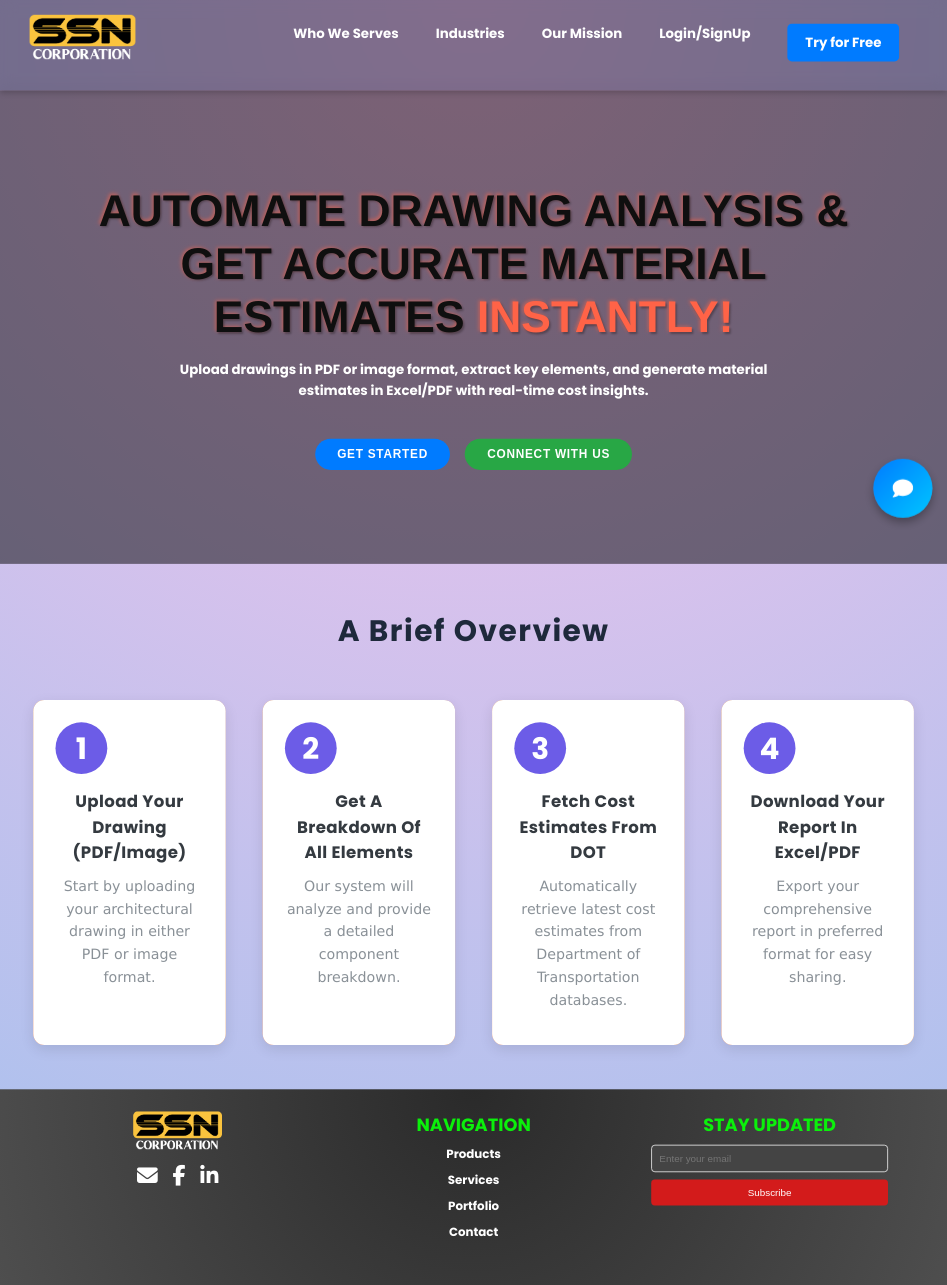
Repository: aabhashbasnet/SSNCorporation
Page: /
The author's editor kept a copy of each file at every save. The page is drawn from the files as they stood at one save, then again after a run of saves.
The browser window is 1280 px wide. The pictures show the whole page, at 74% of full size.
The project was rebuilt for these pictures with package versions that can differ from the ones it lists, and the page was loaded fresh each time. Also part of the build but not shown: src/pages/OurMission/OurMission.jsx, src/pages/LoginSignUp/LoginSignUp.css, src/pages/LoginSignUp/LoginSignUp.jsx, src/pages/Industries/Industries.jsx, src/pages/Industries/Landscaping.jsx, src/pages/Industries/Paving.jsx, src/pages/Industries/GeneralConstruction.jsx, src/pages/Industries/FacilitiesMaintenance.jsx and 10 more.

Above is the page before, as saved 2025-02-11 14:56:05.

### src/index.css
/* index.css or App.css */
body {
  margin: 0;
  padding: 0;
  font-family: 'Poppins', sans-serif; /* Optional: Add modern typography */
  /* background: linear-gradient(to bottom, #0a192f, #162447); */
  /* background: linear-gradient(to bottom, #0a192f, #004aad); */
  /* background: radial-gradient(circle at top, #00c6ff, #0072ff, #0a192f);
  background: radial-gradient(circle at top, #ff7e5f, #feb47b, #f4f4f4);
  background: radial-gradient(circle at top, #6a11cb, #2575fc);
  background: radial-gradient(circle at top, #ff416c, #ff4b2b); */
  background: radial-gradient(circle at top, #fbc2eb, #a6c1ee);
  /* color: white; Ensures text is readable */
  min-height: 100vh;
}

### src/App.css
.app-container {
  min-height: 100vh;
  display: flex;
  flex-direction: column;
  background-size: cover;
  background-position: center;
}

### src/components/Main/Main.jsx
import React, { useEffect } from "react";
import { useNavigate } from "react-router-dom";
import "./Main.css";

const Main = () => {
  const navigate = useNavigate();

  const handleGetStartedClick = () => {
    // Open the GetStarted component in a new tab
    const newTab = window.open("", "_blank");
    newTab.location.href = "/get-started";
  };

  useEffect(() => {
    // Adding animation to fade in the content
    const content = document.querySelector(".main-content");
    content.classList.add("fade-in");
  }, []);

  return (
    <div className="main-container">
      <div className="background-image">
        <div className="main-content">
          <h1 className="headline">
            Automate Drawing Analysis & Get Accurate Material Estimates{" "}
            <span className="instant">Instantly!</span>
          </h1>
          <p className="description">
            Upload drawings in PDF or image format, extract key elements, and generate material estimates in Excel/PDF with real-time cost insights.
          </p>

          <div className="button-container">
            <button className="button primary" onClick={handleGetStartedClick}>
              Get Started
            </button>
            <button className="button connect">Connect with Us</button>
          </div>
        </div>
      </div>
    </div>
  );
};

export default Main;

### src/components/Working/Working.jsx
import React from 'react';
import './Working.css';


const Working = () => {
  const steps = [
    {
      number: '1',
      title: 'Upload your drawing (PDF/Image)',
      description: 'Start by uploading your architectural drawing in either PDF or image format.'
    },
    {
      number: '2',
      title: 'Get a breakdown of all elements',
      description: 'Our system will analyze and provide a detailed component breakdown.'
    },
    {
      number: '3',
      title: 'Fetch cost estimates from DOT',
      description: 'Automatically retrieve latest cost estimates from Department of Transportation databases.'
    },
    {
      number: '4',
      title: 'Download your report in Excel/PDF',
      description: 'Export your comprehensive report in preferred format for easy sharing.'
    }
  ];

  return (
    <div className="how-it-works-container">
      <h2 className="section-title">A Brief Overview</h2>
      <div className="steps-container">
        {steps.map((step, index) => (
          <div key={index} className="step-card">
            <div className="step-icon">{step.number}</div>
            <h3 className="step-title">{step.title}</h3>
            <p className="step-description">{step.description}</p>
          </div>
        ))}
      </div>
    </div>
  );
};

export default Working;

### src/components/Footer/Footer.jsx
import React from 'react';
import './Footer.css';
import logo from '../../assets/logo.png';

const Footer = () => {
  return (
    <footer className="footer">
      <div className="footer-content"> {/* Container for better layout control */}
        <div className="footer-section">
          <img src={logo} alt="Company Logo" className="logo" />
          <div className="social-links">
            <a href="mailto:info@ssnbuilders.com" aria-label="Email">
              <i className="fas fa-envelope social-icon"></i>
            </a>
            <a href="https://www.facebook.com" aria-label="Facebook" target="_blank" rel="noopener noreferrer">
              <i className="fab fa-facebook-f social-icon"></i>
            </a>
            <a href="https://www.linkedin.com" aria-label="LinkedIn" target="_blank" rel="noopener noreferrer">
              <i className="fab fa-linkedin-in social-icon"></i>
            </a>
          </div>
        </div>

        <div className="footer-section">
          <h4>Navigation</h4>
          <nav>
            <ul className="footer-nav">
              <li><a href="/products">Products</a></li>
              <li><a href="/services">Services</a></li>
              <li><a href="/portfolio">Portfolio</a></li>
              <li><a href="/contact">Contact</a></li>
            </ul>
          </nav>
        </div>

        <div className="footer-section">
          <h4>Stay Updated</h4>
          <div className="newsletter">
            <input
              type="email"
              placeholder="Enter your email"
              className="email-input"
              aria-label="Email for newsletter"
            />
            <button className="subscribe-button">Subscribe</button>
          </div>
        </div>
      </div> {/* Close footer-content */}
    </footer>
  );
}

export default Footer;

### src/components/Main/Main.css
/* Main content styling */
.main-content {
  padding: 50px 20px;
  text-align: center;
  min-height: calc(100vh - 80px);
  display: flex;
  flex-direction: column;
  justify-content: center;
  align-items: center;
  position: relative;
  z-index: 1;
}

/* Gradient overlay */
.main-content:before {
  content: '';
  position: absolute;
  top: 0;
  left: 0;
  right: 0;
  bottom: 0;
  background: rgba(0, 0, 0, 0.5); /* Dark gradient for readability */

  z-index: -1;
}

/* Headline styling with animated underline */
.headline {
  font-family: 'Helvetica', sans-serif;
  font-size: 60px;
  font-weight: bold;
  color: #0f0f0f;
  margin-bottom: 20px;
  line-height: 1.2;
  text-transform: uppercase;
  display: inline-block;
  position: relative;
  max-width: 90%;
  text-shadow: 2px 2px 6px rgba(0, 0, 0, 0.3), 0 0 25px rgba(255, 99, 71, 0.5);
  text-shadow: 4px 4px 8px rgba(0, 0, 0, 0.6);
  text-shadow: 0 0 10px rgba(255, 99, 71, 0.7);
  text-shadow: 0 0 5px rgba(0, 255, 255, 0.8), 0 0 10px rgba(0, 255, 255, 0.8), 0 0 15px rgba(0, 255, 255, 0.8);
  text-shadow: 2px 2px 3px rgba(0, 0, 0, 0.3), -2px -2px 5px rgba(255, 99, 71, 0.5);




}

.headline .instant {
  color: #ff6347; /* Tomato color */
}

/* Underline animation effect */
.headline:after {
  content: '';
  position: absolute;
  left: 0;
  bottom: -5px;
  width: 0;
  height: 3px;
  background: #ff6347;
  transition: width 0.3s ease;
}

.headline:hover:after {
  width: 100%;
}

/* Description styling */
.description {
  font-size: 18px;
  font-weight: bold;
  color: white;
  max-width: 800px;
  margin: 0 auto;
  line-height: 1.6;
  margin-bottom: 30px;
}

/* Button container styling */
.button-container {
  display: flex;
  gap: 20px;
  justify-content: center;
  margin-top: 20px;
  flex-wrap: wrap;
  align-items: center;
}

/* Button base styling */
.button {
  padding: 12px 30px;
  font-size: 16px;
  font-weight: bold;
  border: none;
  border-radius: 25px;
  cursor: pointer;
  transition: all 0.3s ease;
  display: inline-block;
  text-transform: uppercase;
  letter-spacing: 1px;
}

/* Default button styling */
.button:hover {
  transform: translateY(-5px);
}

/* "Get Started" button styling */
.button.primary {
  background-color: #007bff;
  color: white;
}

.button.primary:hover {
  background-color: #0056b3;
}

/* "Connect with Us" button styling */
.button.connect {
  background-color: #28a745;
  color: white;
}

.button.connect:hover {
  background-color: #218838;
}

/* Add some responsive styling */
@media (max-width: 768px) {
  .headline {
    font-size: 45px; /* Adjust the headline font size */
  }

  .description {
    font-size: 16px;
    padding: 0 20px;
  }

  .button-container {
    flex-direction: column; /* Stack buttons on mobile */
  }

  .button {
    width: 100%;
    max-width: 300px;
    margin: 10px 0;
  }
}

### src/components/Working/Working.css
/* Working.css */

/* Container for the whole section */
.how-it-works-container {
    padding: 60px 20px;
    /* background-color: #f1f4f9; */
    text-align: center;
  }

  .section-title {
    font-size: 3rem;
    font-weight: bold;
    color: #343a40;
    margin-bottom: 40px;
    /* text-transform: uppercase; */
    letter-spacing: 2px;
    animation: fadeIn 1s ease-out;
  }

  /* Flexbox container for the cards */
  .steps-container {
    display: flex;
    justify-content: center;
    gap: 50px;
    flex-wrap: wrap;
    animation: fadeInUp 1s ease-out;
  }

  /* Individual step cards */
  .step-card {
    background-color: #fff;
    border-radius: 15px;
    box-shadow: 0 6px 18px rgba(0, 0, 0, 0.1);
    padding: 30px;
    width: 260px;
    transition: transform 0.4s ease, box-shadow 0.4s ease;
    cursor: pointer;
    position: relative;
    overflow: hidden;
    text-align: center;
  }

  .step-card:hover {
    transform: translateY(-10px);
    box-shadow: 0 12px 30px rgba(0, 0, 0, 0.15);
  }

  .step-card::before {
    content: "";
    position: absolute;
    top: 50%;
    left: 50%;
    width: 200%;
    height: 200%;
    background: linear-gradient(45deg, #ff6f61, #f79c42, #6c5ce7);
    z-index: -1;
    animation: expand 3s ease-out infinite;
    transform: translate(-50%, -50%);
  }

  /* Step icon circle */
  .step-icon {
    font-size: 2.5rem;
    font-weight: bold;
    color: #fff;
    background-color: #6c5ce7;
    width: 70px;
    height: 70px;
    border-radius: 50%;
    display: flex;
    align-items: center;
    justify-content: center;
    margin-bottom: 20px;
    transition: transform 0.3s ease;
  }

  .step-card:hover .step-icon {
    transform: scale(1.1);
  }

  /* Title style for each step */
  .step-title {
    font-size: 1.4rem;
    font-weight: 600;
    color: #343a40;
    margin-bottom: 15px;
    text-transform: capitalize;
    letter-spacing: 0.5px;
    transition: color 0.3s ease;
  }

  .step-card:hover .step-title {
    color: #6c5ce7;
  }

  /* Description under each title */
  .step-description {
    font-size: 1.2rem;
    font-family: 'Lucida Sans', 'Lucida Sans Regular', 'Lucida Grande', 'Lucida Sans Unicode', Geneva, Verdana, sans-serif;
    font-weight: 500;
    color: #6c757d;
    line-height: 1.6;
    padding-bottom: 15px;
    opacity: 0.8;
    transition: opacity 0.3s ease;
  }

  .step-card:hover .step-description {
    opacity: 1;
    color: #2f353b;
  }

  /* Hover animations for smooth effects */
  @keyframes fadeIn {
    from {
      opacity: 0;
      transform: translateY(-20px);
    }
    to {
      opacity: 1;
      transform: translateY(0);
    }
  }

  @keyframes fadeInUp {
    from {
      opacity: 0;
      transform: translateY(20px);
    }
    to {
      opacity: 1;
      transform: translateY(0);
    }
  }

  @keyframes expand {
    0% {
      transform: translate(-50%, -50%) scale(1);
    }
    50% {
      transform: translate(-50%, -50%) scale(1.2);
    }
    100% {
      transform: translate(-50%, -50%) scale(1);
    }
  }

  /* Mobile responsiveness */
  @media (max-width: 768px) {
    .steps-container {
      flex-direction: column;
      align-items: center;
    }

    .step-card {
      width: 90%;
      margin-bottom: 30px;
    }
  }

### src/components/Footer/Footer.css
.footer {
    background-color: #333;
    background: #2c3e50; /* Dark blue/gray */
    background: radial-gradient(circle at top, #333, #555);
    background: radial-gradient(circle at top, #4b0082, #2c003e);
    background: radial-gradient(circle at top, #2a2a2a, #3b3b3b);
    background: radial-gradient(circle at top, #2a2a2a, #4e4e4e);

    color: white;
    padding: 30px;
  }

  .footer-content {
    display: flex;
    flex-wrap: wrap;
    justify-content: space-around;
    max-width: 1200px;
    margin: 0 auto;
  }

  .footer-section {
    flex: 1 1 30%;
    margin-bottom: 20px;
    text-align: center;
  }

  .logo {
    width: 120px;
    height: auto;
    margin-bottom: 15px;
  }

  .social-links {
    display: flex;
    justify-content: center; /* Center social icons */
    gap: 20px;
  }

  .social-icon {
    font-size: 28px;
    color: white;
    transition: color 0.3s ease;
  }

  .social-icon:hover {
    color: #0e76a8;
  }


  .footer-section h4 {
    font-size: 1.5rem; /* Use rem for scalable font sizes */
    font-weight: bold;
    margin-bottom: 10px;
    color: rgb(11, 240, 11);
    text-transform: uppercase;
  }
  .footer-nav {
    list-style: none;
    padding: 0;
    margin: 0;
  }

  .footer-nav li {
    margin-bottom: 10px;
  }

  .footer-nav a {
    font-size: 1rem;
    color: hsl(0, 0%, 100%);
    text-decoration: none;
    transition: color 0.3s ease;
  }

  .footer-nav a:hover {
    color: #0e76a8;
  }

  .newsletter {
    display: flex;
    flex-direction: column; /* Stack input and button */
    align-items: center; /* Center content horizontally */
  }

  .email-input {
    padding: 10px;
    border: 1px solid #fff;
    border-radius: 5px;
    width: 80%; /* Make input responsive */
    margin-bottom: 10px;
    background-color: #444;
    color: white;
  }

  .subscribe-button {
    padding: 10px 20px;
    background-color: #d31b1b;
    color: white;
    border: none;
    border-radius: 5px;
    cursor: pointer;
    transition: background-color 0.3s ease;
    width: 80%; /* Make button responsive */
  }

  .subscribe-button:hover {
    background-color: #b91b1b;
  }

  @media screen and (max-width: 768px) {
    .footer-section {
      flex: 1 1 100%; /* Each section takes full width on mobile */
      margin-bottom: 20px; /* Add space between sections */
    }

    .newsletter {
      flex-direction: column; /* Stack input and button vertically */
      align-items: center; /* Center the content horizontally */
    }

    .email-input,
    .subscribe-button {
      width: 100%; /* Full width input and button */
    }

    .footer-nav li {
      margin-bottom: 5px; /* Reduce margin between links */
    }
  }

### src/pages/Industries/Industries.css
/* Import Poppins font */
@import url('https://fonts.googleapis.com/css2?family=Poppins:wght@700&display=swap');

.industries-container {
  padding: 5rem 1rem;
}

.industries-title {
  font-family: Arial, Helvetica, sans-serif;
  text-align: center;
  font-size: 2.9rem;
  color: #1f2937;
  margin-bottom: 1rem;
  font-weight: 1000;
}

.industries-subtitle {
  text-align: center;
  color: #4b5563;
  font-size: 1.125rem;
  max-width: 800px;
  margin: 0 auto 3rem;
  line-height: 1.6;
}

.industries-grid {
  display: grid;
  gap: 2rem;
  grid-template-columns: 1fr;
}

.industry-card {
  background: white;
  padding: 2.5rem;
  border-radius: 1rem;
  box-shadow: 0 4px 6px -1px rgba(0, 0, 0, 0.1);
  transition: transform 0.3s ease, box-shadow 0.3s ease;
}

.industry-card:hover {
  transform: translateY(-5px);
  box-shadow: 0 10px 15px -3px rgba(0, 0, 0, 0.1);
}

.icon-container {
  width: 60px;
  height: 60px;
  border-radius: 50%;
  display: flex;
  align-items: center;
  justify-content: center;
  margin-bottom: 1.5rem;
}

.industry-icon {
  font-size: 2.5rem;
  color: white;
}

.industry-title {
  color: #1f2937;
  font-size: 1.5rem;
  margin: 1.5rem 0 1rem;
  font-weight: 600;
}

.industry-description {
  color: #4b5563;
  line-height: 1.6;
  margin-bottom: 1.5rem;
}

.learn-more-btn {
  color: #3b82f6;
  text-decoration: none;
  font-weight: 500;
  display: inline-flex;
  align-items: center;
  gap: 0.5rem;
  transition: color 0.3s ease;
}

.learn-more-btn:hover {
  color: #2563eb;
}

@media (min-width: 768px) {
  .industries-grid {
    grid-template-columns: repeat(2, 1fr);
  }
}

@media (min-width: 1024px) {
  .industries-grid {
    grid-template-columns: repeat(4, 1fr);
  }

  .industries-title {
    font-size: 3rem;
  }

  .industries-subtitle {
    font-size: 1.25rem;
  }
}

### src/pages/Industries/FacilitiesMaintainance.css
/* Reset and base styles */
* {
  margin: 0;
  padding: 0;
  box-sizing: border-box;
}

body {
  background-color: #f5f7fa;
}

/* General section styling */
section {
  padding: 4rem 2rem;
  max-width: 1200px;
  margin: 0 auto;
}

/* Overview section */
.overview-section {
  display: flex;
  gap: 3rem;
  align-items: center;
  min-height: 80vh;
  background: linear-gradient(135deg, #e8f4fd 0%, #f5f7fa 100%);
  border-radius: 20px;
  margin: 2rem auto;
}

.overview-text {
  flex: 1;
}

.overview-text h1 {
  font-size: 3rem;
  margin-bottom: 1.5rem;
  color: #2c3e50;
  line-height: 1.2;
  font-weight: 700;
}

.overview-text p {
  font-size: 1.1rem;
  line-height: 1.6;
  color: #5a6c7d;
  margin-bottom: 1.5rem;
}

.overview-image {
  flex: 1;
  position: relative;
}

.overview-image img {
  width: 100%;
  height: auto;
  border-radius: 15px;
  box-shadow: 0 20px 40px rgba(0, 0, 0, 0.1);
}

/* Features and Benefits section */
.features-benefits {
  background: linear-gradient(135deg, #f5f7fa 0%, #e8f4fd 100%);
  text-align: center;
  padding: 5rem 2rem;
  border-radius: 20px;
  margin: 2rem auto;
}

.features-benefits h2 {
  font-size: 2.5rem;
  color: #2c3e50;
  margin-bottom: 3rem;
  font-weight: 700;
}

.feature-card {
  background: rgba(255, 255, 255, 0.9);
  padding: 2rem;
  border-radius: 10px;
  box-shadow: 0 10px 20px rgba(0, 0, 0, 0.05);
  transition: transform 0.3s ease;
  text-align: center;
}

.feature-card:hover {
  transform: translateY(-5px);
  background: rgba(255, 255, 255, 0.95);
  box-shadow: 0 15px 30px rgba(0, 0, 0, 0.1);
}

.feature-card i {
  font-size: 2.5rem;
  margin-bottom: 1rem;
}

.feature-card h3 {
  font-size: 1.5rem;
  color: #2c3e50;
  margin-bottom: 1rem;
  font-weight: 600;
}

.feature-card p {
  color: #5a6c7d;
  line-height: 1.5;
}

/* CTA section */
.cta-section {
  text-align: center;
  background: linear-gradient(135deg, #3498db, #2980b9);
  color: white;
  border-radius: 15px;
  margin: 2rem auto;
  padding: 4rem 2rem;
  box-shadow: 0 15px 30px rgba(41, 128, 185, 0.2);
}

.cta-section h2 {
  font-size: 2.5rem;
  margin-bottom: 1.5rem;
  font-weight: 700;
}

.cta-section p {
  font-size: 1.2rem;
  margin-bottom: 2rem;
  max-width: 600px;
  margin-left: auto;
  margin-right: auto;
  line-height: 1.6;
}

.cta-button {
  display: inline-block;
  padding: 1rem 2rem;
  font-size: 1.2rem;
  font-weight: 600;
  text-decoration: none;
  color: white;
  background: linear-gradient(135deg, #28a745, #218838);
  border-radius: 30px;
  transition: all 0.3s ease;
  cursor: pointer;
  border: 2px solid transparent;
  box-shadow: 0 4px 15px rgba(40, 167, 69, 0.2);
}

.cta-button:hover {
  transform: scale(1.05);
  box-shadow: 0 6px 20px rgba(40, 167, 69, 0.3);
  background: linear-gradient(135deg, #218838, #28a745);
  color: white;
  border-color: rgba(255, 255, 255, 0.2);
}

/* Responsive Design */
@media (max-width: 1024px) {
  .features-grid {
      grid-template-columns: repeat(2, 1fr);
  }
}

@media (max-width: 768px) {
  .overview-section {
      flex-direction: column;
      text-align: center;
  }

  .overview-text h1 {
      font-size: 2.5rem;
  }

  .features-grid {
      grid-template-columns: 1fr;
  }

  .cta-section h2 {
      font-size: 2rem;
  }
}

@media (max-width: 480px) {
  section {
      padding: 2rem 1rem;
  }

  .overview-text h1 {
      font-size: 2rem;
  }

  .features-benefits h2 {
      font-size: 2rem;
  }

  .feature-card {
      margin: 0;
  }

  .cta-button {
      width: 90%;
      max-width: 300px;
  }
}

Loaded but not shown: public/index.html (common file); src/index.js (common file); src/reportWebVitals.js (common file); src/App.js (63 lines, source omitted); src/components/FloatingChatButton/FloatingChatButton.jsx (177 lines, source omitted); src/components/FloatingChatButton/FloatingChatButton.css (285 lines, source omitted); src/components/Navbar/Navbar.jsx (138 lines, source omitted); src/components/Navbar/Navbar.css (231 lines, source omitted); src/pages/Industries/Paving.css (214 lines, source omitted); src/pages/Industries/Landscaping.css (213 lines, source omitted); src/pages/OurMission/OurMission.css (228 lines, source omitted); src/pages/Industries/GeneralConstruction.css (205 lines, source omitted)

After the next 3 saves:
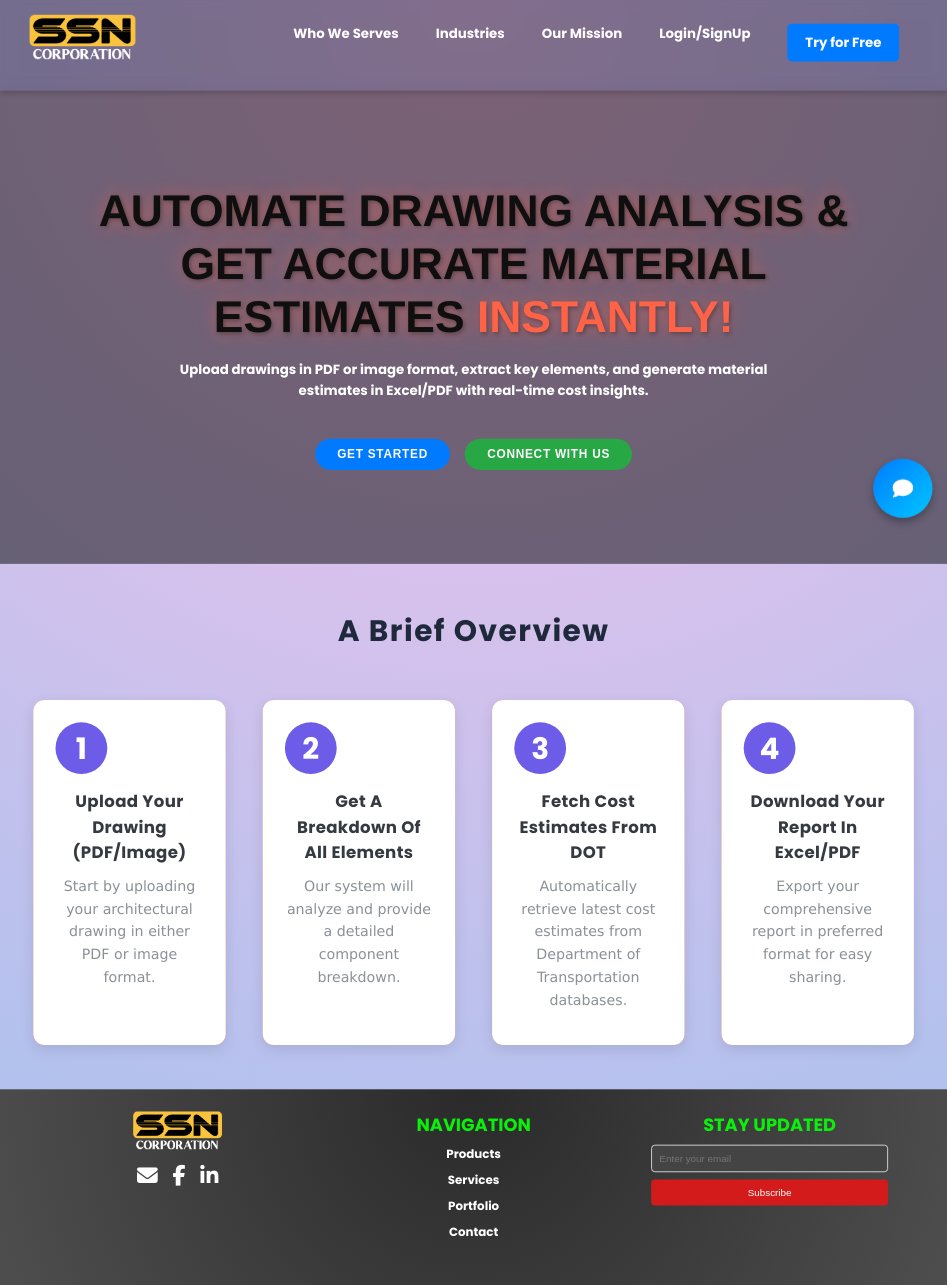
The 3 saves are shown as one change because they came seconds apart.
The last was saved 15 s later.
--- a/src/components/Main/Main.css
+++ b/src/components/Main/Main.css
@@ -37,13 +37,6 @@
   position: relative;
   max-width: 90%;
   text-shadow: 2px 2px 6px rgba(0, 0, 0, 0.3), 0 0 25px rgba(255, 99, 71, 0.5);
-  text-shadow: 4px 4px 8px rgba(0, 0, 0, 0.6);
-  text-shadow: 0 0 10px rgba(255, 99, 71, 0.7);
-  text-shadow: 0 0 5px rgba(0, 255, 255, 0.8), 0 0 10px rgba(0, 255, 255, 0.8), 0 0 15px rgba(0, 255, 255, 0.8);
-  text-shadow: 2px 2px 3px rgba(0, 0, 0, 0.3), -2px -2px 5px rgba(255, 99, 71, 0.5);
-
-
-
 
 }
 
